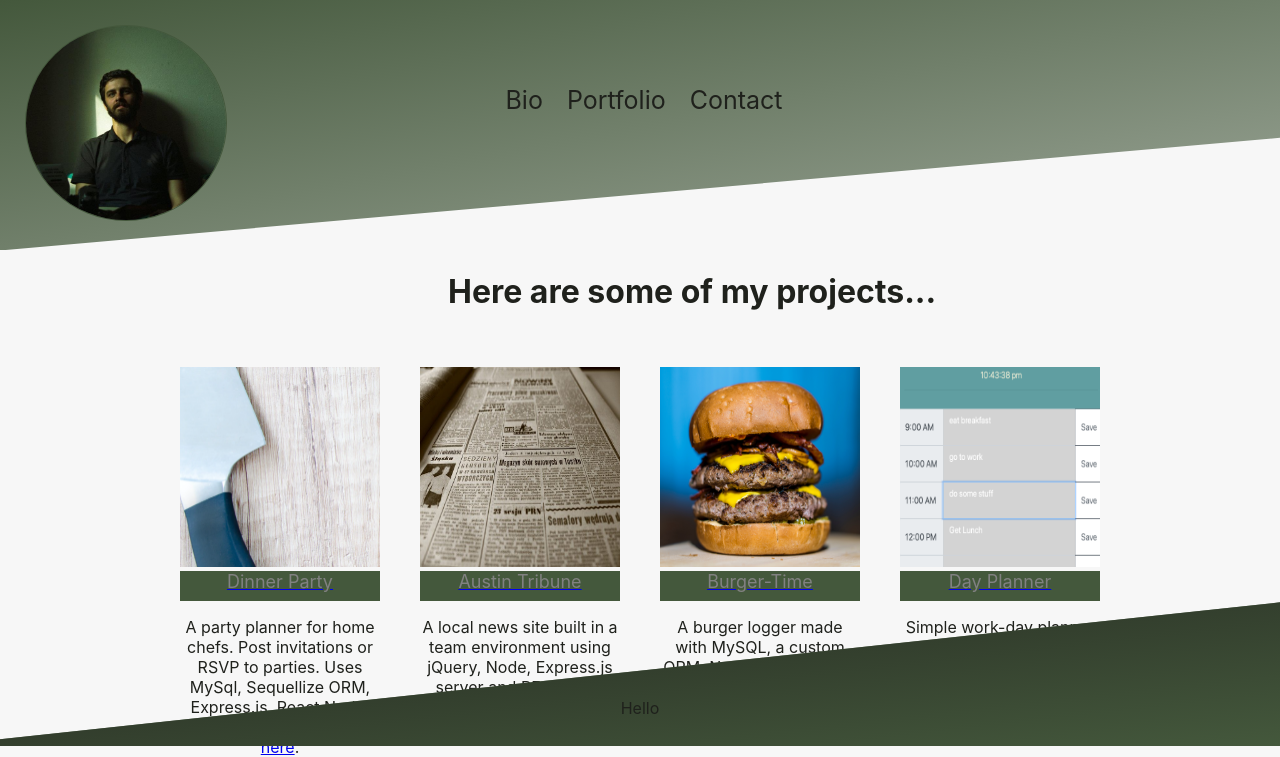
Repository: joeldelatte/react-portfolio
Page: /portfolio (app in client/)
The author's editor kept a copy of each file at every save. The page is drawn from the files as they stood at one save, then again after the next save.
The browser window is 1280 px wide. The pictures show the whole page.
The project was rebuilt for these pictures with package versions that can differ from the ones it lists, and the page was loaded fresh each time. Also part of the build but not shown: client/src/App.css, client/src/Components/Bio/Bio.js, client/src/Components/Contact/Contact.js.

Above is the page before, as saved 2020-07-11 00:12:22.

### client/public/index.html
<!doctype html>
<html lang="en">
  <head>
    <meta charset="utf-8">
    <meta name="viewport" content="width=device-width, initial-scale=1, shrink-to-fit=no">
    <meta name="theme-color" content="#000000">
    <!--
      manifest.json provides metadata used when your web app is added to the
      homescreen on Android. See https://developers.google.com/web/fundamentals/engage-and-retain/web-app-manifest/
    -->
    <link rel="manifest" href="%PUBLIC_URL%/manifest.json">
    <link rel="shortcut icon" href="%PUBLIC_URL%/favicon.ico">
    <!--
      Notice the use of %PUBLIC_URL% in the tags above.
      It will be replaced with the URL of the `public` folder during the build.
      Only files inside the `public` folder can be referenced from the HTML.

      Unlike "/favicon.ico" or "favicon.ico", "%PUBLIC_URL%/favicon.ico" will
      work correctly both with client-side routing and a non-root public URL.
      Learn how to configure a non-root public URL by running `npm run build`.
    -->
    <title>Joel Delatte</title>
  </head>
  <body>
    <noscript>
      You need to enable JavaScript to run this app.
    </noscript>
    <div id="root"></div>
    <!--
      This HTML file is a template.
      If you open it directly in the browser, you will see an empty page.

      You can add webfonts, meta tags, or analytics to this file.
      The build step will place the bundled scripts into the <body> tag.

      To begin the development, run `npm start` or `yarn start`.
      To create a production bundle, use `npm run build` or `yarn build`.
    -->
  </body>
</html>

### client/src/index.css
body {
  height:100%;
  min-height: 100%;
  margin: 0;
  padding: 0;
  border: 0;
  font-family: -apple-system, BlinkMacSystemFont, 'Segoe UI', 'Roboto', 'Oxygen',
    'Ubuntu', 'Cantarell', 'Fira Sans', 'Droid Sans', 'Helvetica Neue',
    sans-serif;
  -webkit-font-smoothing: antialiased;
  -moz-osx-font-smoothing: grayscale;
  background-color: rgb(247, 247, 247);
  color: rgb(31,33,28);
}

code {
  font-family: source-code-pro, Menlo, Monaco, Consolas, 'Courier New',
    monospace;
}

### client/src/App.js
import React from 'react';
import {BrowserRouter as Router, Route, Switch, Link} from "react-router-dom";
import './App.css';
import Bio from "./Components/Bio/Bio";
import Nav from "./Page/Nav";
import Contact from "./Components/Contact/Contact";
import Portfolio from "./Components/Portfolio/Portfolio";

export default function App() {
  return (
    <>
      <Router>
        <Nav />
        <Switch>
          <Route exact path="/">
            <Bio />
          </Route>
          <Route exact path="/contact">
            <Contact />
          </Route>
          <Route exact path="/portfolio">
            <Portfolio />
          </Route>
        </Switch>
      </Router>
    </>
  );
}

### client/src/Page/Nav.js
import React from "react";
import {BrowserRouter as Router, Route, Switch, Link} from "react-router-dom";
import Avatar from "./Avatar";
import "./Page.css";

function Nav () {
    return (
      <div className="header">
        <Avatar />
        <div className="nav">
          <Link to="/">Bio</Link>
          <Link to="/portfolio">Portfolio</Link>
          <Link to="/contact">Contact</Link>
        </div>
      </div>
    );
};

export default Nav;

### client/src/Components/Portfolio/Portfolio.js
import React from "react";

import Dayplanner from "../Portfolio/images/dayplanner.png";
import NewsPaper from "../Portfolio/images/austin1.jpeg";
import Burger from "../Portfolio/images/burger.jpg"
import Knife from "../Portfolio/images/knife.png"

import './portfolio.css';

export default function Portfolio() {


    return (
      <>
        <h1>Here are some of my projects...</h1>
        <div className="portfolio">
          <div className="projectBox">
            <a
              href="https://rocky-meadow-16617.herokuapp.com/"
              target="_blank"
              rel="noopener noreferrer"
            >
              <img className="projectPhoto" src={Knife}></img>
              <section className="projectLabel">Dinner Party</section>
            </a>
            <p>
              A party planner for home chefs. Post invitations or RSVP to
              parties. Uses MySql, Sequellize ORM, Express.js, React Node.
              <br></br>
              See the github repository{" "}
              <a href="https://github.com/joeldelatte/Poject_3_Dinner_Party">
                here
              </a>
              .
            </p>
          </div>
          <div className="projectBox">
            <a
              href="https://mmoritz8.github.io/Project-1/Joel_art/arts.html"
              target="_blank"
              rel="noopener noreferrer"
            >
              <img className="projectPhoto" src={NewsPaper}></img>
              <section className="projectLabel">Austin Tribune</section>
            </a>
            <p>
              A local news site built in a team environment using jQuery, Node,
              Express.js server and REST APIs.
              <br></br>
              See the github repository{" "}
              <a href="https://github.com/mmoritz8/Project-1">here</a>.
            </p>
          </div>
          <div className="projectBox">
            <a
              href="https://boiling-lowlands-78090.herokuapp.com/"
              target="_blank"
              rel="noopener noreferrer"
            >
              <img className="projectPhoto" src={Burger}></img>
              <section className="projectLabel">Burger-Time</section>
            </a>
            <p>
              A burger logger made with MySQL, a custom ORM, Node, Express, and
              Handlebars.
              <br></br>
              See the github repository{" "}
              <a href="https://github.com/joeldelatte/eat-da-burger">here</a>.
            </p>
          </div>
          <div className="projectBox">
            <a
              href="https://joeldelatte.github.io/day-planner/"
              target="_blank"
              rel="noopener noreferrer"
            >
              <img className="projectPhoto" src={Dayplanner}></img>
              <section className="projectLabel">Day Planner</section>
            </a>
            <p>
              Simple work-day planner application. Uses HTML, CSS, jQuery and
              the browser's local storage.
              <br></br>
              See the github repository{" "}
              <a href="https://github.com/joeldelatte/day-planner">here</a>.
            </p>
          </div>
        </div>
        <footer>Hello</footer>
      </>
    );
}

### client/src/Components/Bio/bio.css
.container {
    position: relative;
}

.bio {
    min-height: 100%;
    padding: 15px;
    max-width: 50%;
    margin: 0 auto;
    text-align: center;
    padding-bottom: -5rem;
}

.bio p {
    text-align: center;
}

footer {
  height: 3rem;
  padding-top: 6rem;
  /* background-color: rgb(68,88,60); */
  background-image: linear-gradient(to right bottom, rgba(31,33,28, 1), rgba(68,88,60, 0.501));
  -webkit-clip-path: polygon(0 95%, 100% 0, 100% 100%, 0 100%);
  clip-path: polygon(0 95%, 100% 0, 100% 100%, 0 100%);
  text-align: center;
}


    @media only screen and (max-width: 768px) {
        .viewContainer {
            margin-left: 110px;
        }
    }

### client/src/Page/Avatar.js
import React from "react";
import Portrait from "./images/joel_d.png"
import "./Page.css";

function Avatar () {

    return (
      <div>
          <img src={Portrait} alt="avatar"  className="avatar" />
      </div>
    );
};

export default Avatar;

### client/src/Page/Page.css
.header {
  height: 38%;
  background-image: linear-gradient(to right bottom, rgba(68,88,60, 1), rgba(68,88,60, 0.501));
  background-size: cover;
  background-position: top;
  position: relative;
  -webkit-clip-path: polygon(0 0, 100% 0, 100% 55%, 0 100%);
  clip-path: polygon(0 0, 100% 0, 100% 55%, 0 100%);
  position: relative;
}

  .avatar {
    border: 1px solid;
    border-color: rgb(68,88,60);
    display: inline;
    max-width: 200px;
    max-height: 200px;
    border-radius: 100%;
    margin: 25px;
    }

.nav {
    position: absolute;
    top: 40%;
    left: 50%;
    transform: translate(-50%, -50%);
    text-align: center;
}

.nav a {
    padding: 6px 8px 6px 16px;
    text-decoration: none;
    font-size: 25px;
    color: rgb(31,33,28);
    display: inline;
    text-align: center;
  }

.nav a:hover {
    color: #f1f1f1;
}

### client/src/Components/Contact/contact.css
.container {
  position: relative;
}
.contact {
    min-height: 100%;
    padding: 15px;
    max-width: 50%;
    margin: 0 auto;
    text-align: center;
    padding-bottom: -5rem;
}

.contact a {
  padding: 6px 8px 6px 16px;
  text-decoration: underline;
  font-size: 18px;
  color: black;
  display: block;
}

.contact a:hover {
  color: #818181;
}

.email-address {
  padding: 6px 8px 6px 16px;
  font-size: 18px;
}

input[type=text], select {
    width: 100%;
    padding: 12px 20px;
    margin: 8px 0;
    display: inline-block;
    border: 1px solid #ccc;
    border-radius: 4px;
    box-sizing: border-box;
  }

  input[type=submit] {
    width: 15%;
    background-color: #4CAF50;
    color: white;
    padding: 14px 20px;
    margin: 8px 0;
    border: none;
    border-radius: 4px;
    cursor: pointer;
  }

  input[type=submit]:hover {
    background-color: #45a049;
  }

textarea {
    width: 100%;
    height: 150px;
    margin: 8px 0;
    padding: 12px 20px;
    box-sizing: border-box;
    border: 1px solid #ccc;
    border-radius: 4px;
    resize: none;
  }

  footer {
    height: 3rem;
    padding-top: 6rem;
    background-color: rgb(68,88,60);
    background-image: linear-gradient(to right bottom, rgba(31,33,28, 0.901), rgba(68,88,60, 0.601));
    -webkit-clip-path: polygon(0 95%, 100% 0, 100% 100%, 0 100%);
    clip-path: polygon(0 95%, 100% 0, 100% 100%, 0 100%);
    text-align: center;
  }

  @media only screen and (max-width: 768px) {
    .contact {
      margin-left: 110px;
    }
  }

### client/src/Components/Portfolio/portfolio.css
.portfolio {
    padding: 15px;
    display: flex;
    flex-wrap: wrap;
    justify-content: center;
    text-align: center;
}

h1 {
    margin-left: 35%;
}

.projectBox {
    width: 200px;
    height: 200px;
    /* position: relative; */
    text-align: center;
    margin: 20px;
}

.projectText {
    width: 200px;
    height: 200px;
    /* position: relative; */
    text-align: center;
    margin-top: 20px;
}

.projectLabel {
    color: #818181;
    text-align: center;
    font-size: large;
    background-color: rgb(68,88,60);
    width: 200px;
    height: 30px;
    padding: 4;
    /* position: absolute; */
    /* top: 80%;
    left: 50%; */
    /* transform: translate(-50%, -50%);  */

}

.projectPhoto {
    width: 200px;
    height: 200px;
    /* position: relative; */
    text-align: center;
}

.move {
    padding-left: 45px;
    box-sizing: content-box;
}

footer {
    height: 3rem;
    padding-top: 6rem;
    background-color: rgb(68,88,60);
    background-image: linear-gradient(to right bottom, rgba(31,33,28, 0.901), rgba(68,88,60, 0.601));
    -webkit-clip-path: polygon(0 95%, 100% 0, 100% 100%, 0 100%);
    clip-path: polygon(0 95%, 100% 0, 100% 100%, 0 100%);
    text-align: center;
  }

@media only screen and (max-width: 768px) {
    .move {
        padding-left: 130px;
        box-sizing: content-box;
    }
    .portfolio {
        margin-left: 110px;
    }

    .portfolio h1 {
        margin-left: 20px;
    }

    .projectBox {
        width: 200px;
        height: 200px;
        float: left;
        position: relative;
        text-align: center;
        margin: 20px 20px 150px 20px;

    }


}

Loaded but not shown: client/src/index.js (common file); client/src/serviceWorker.js (common file)

After the next save:
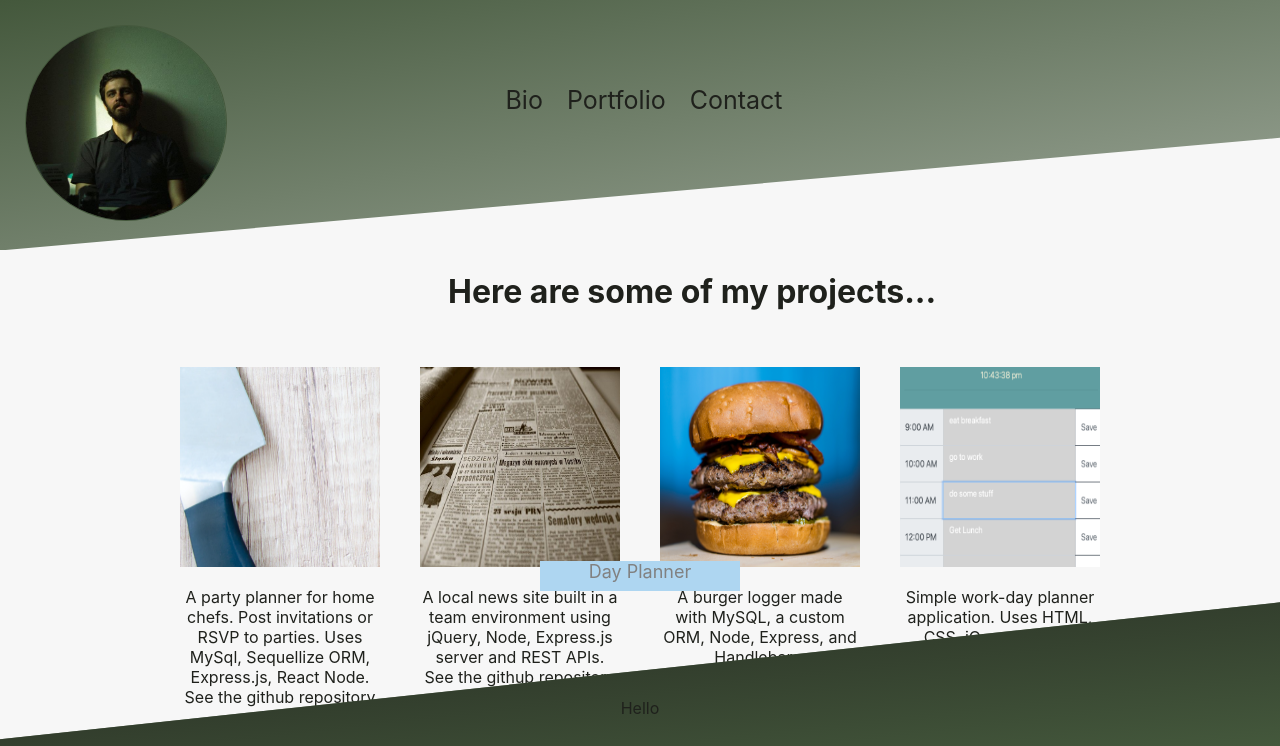
Saved 17 s later.
--- a/client/src/Components/Portfolio/portfolio.css
+++ b/client/src/Components/Portfolio/portfolio.css
@@ -30,14 +30,14 @@ h1 {
     color: #818181;
     text-align: center;
     font-size: large;
-    background-color: rgb(68,88,60);
+    background-color: #aed6f1;
     width: 200px;
     height: 30px;
     padding: 4;
-    /* position: absolute; */
-    /* top: 80%;
-    left: 50%; */
-    /* transform: translate(-50%, -50%);  */
+    position: absolute;
+    top: 80%;
+    left: 50%;
+    transform: translate(-50%, -50%);
 
 }
 
